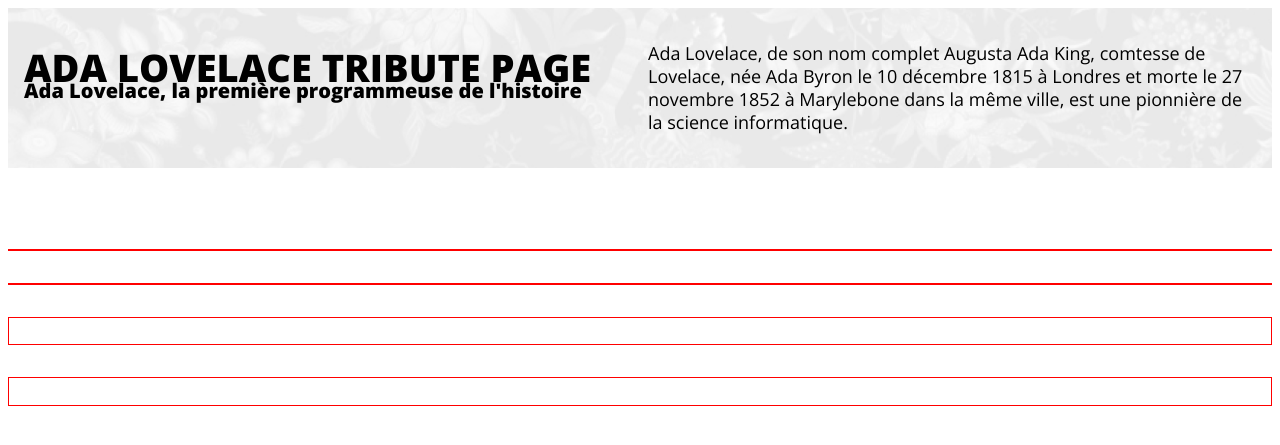
Repository: b3no1t/integration-training
Page: onepage-adalovelace/src/index.html
The author's editor kept a copy of each file at every save. The page is drawn from the files as they stood at one save, then again after the next save.
The browser window is 1280 px wide. The pictures show the whole page.

Above is the page before, as saved 2025-01-27 15:34:35.

After the next save:
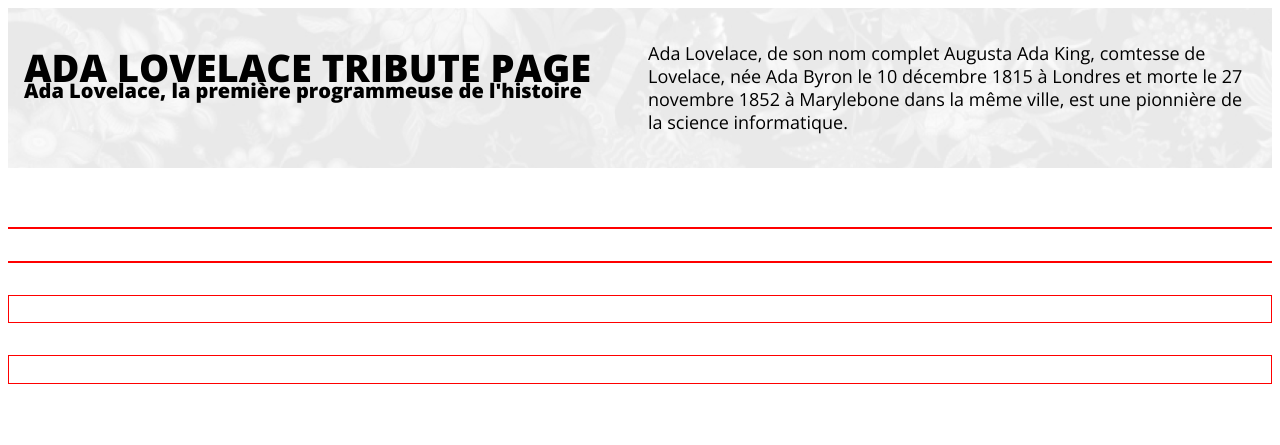
Saved 5 min 50 s later.
--- a/onepage-adalovelace/src/index.html
+++ b/onepage-adalovelace/src/index.html
@@ -16,7 +16,8 @@
 
 <header>
  <div class="section-intro">
-  <div>
+
+ <div>
   <h2>
    ADA LOVELACE TRIBUTE PAGE
    <span>
@@ -24,19 +25,24 @@
    </span>
   </h2>
  </div>
-<div>
+
+ <div>
   <p>
    Ada Lovelace, de son nom complet Augusta Ada King, comtesse de Lovelace, née Ada Byron le 10 décembre 1815 à Londres et morte le 27 novembre 1852 à Marylebone dans la même ville, est une pionnière de la science informatique.
   </p>
  </div>
+
  </div>
 </header>
+
 <main>
- <section class="intro">
+ <section class="description">
   <h2></h2>
   <div class="container">
-   <p></p>
-   <img src="" alt="">
+   <pElle est principalement connue pour avoir conçu et décrit le premier programme informatique publié, lors de son travail sur un ancêtre de l'ordinateur : la machine analytique de Charles Babbage. Le formalisme inédit de son algorithme, ainsi que la présence de la première boucle conditionnelle connue,
+   font qu'Ada Lovelace est largement considérée comme la première développeuse informatique de l'histoire. Elle a également entrevu et décrit certaines possibilités offertes par les calculateurs universels, allant bien au-delà du calcul numérique et de ce qu'imaginaient Babbage et ses contemporains
+   <img src="./assets/img/ada-croquis.png">
+  </p>
   </div>
  </section>
  <section class="gallery">
